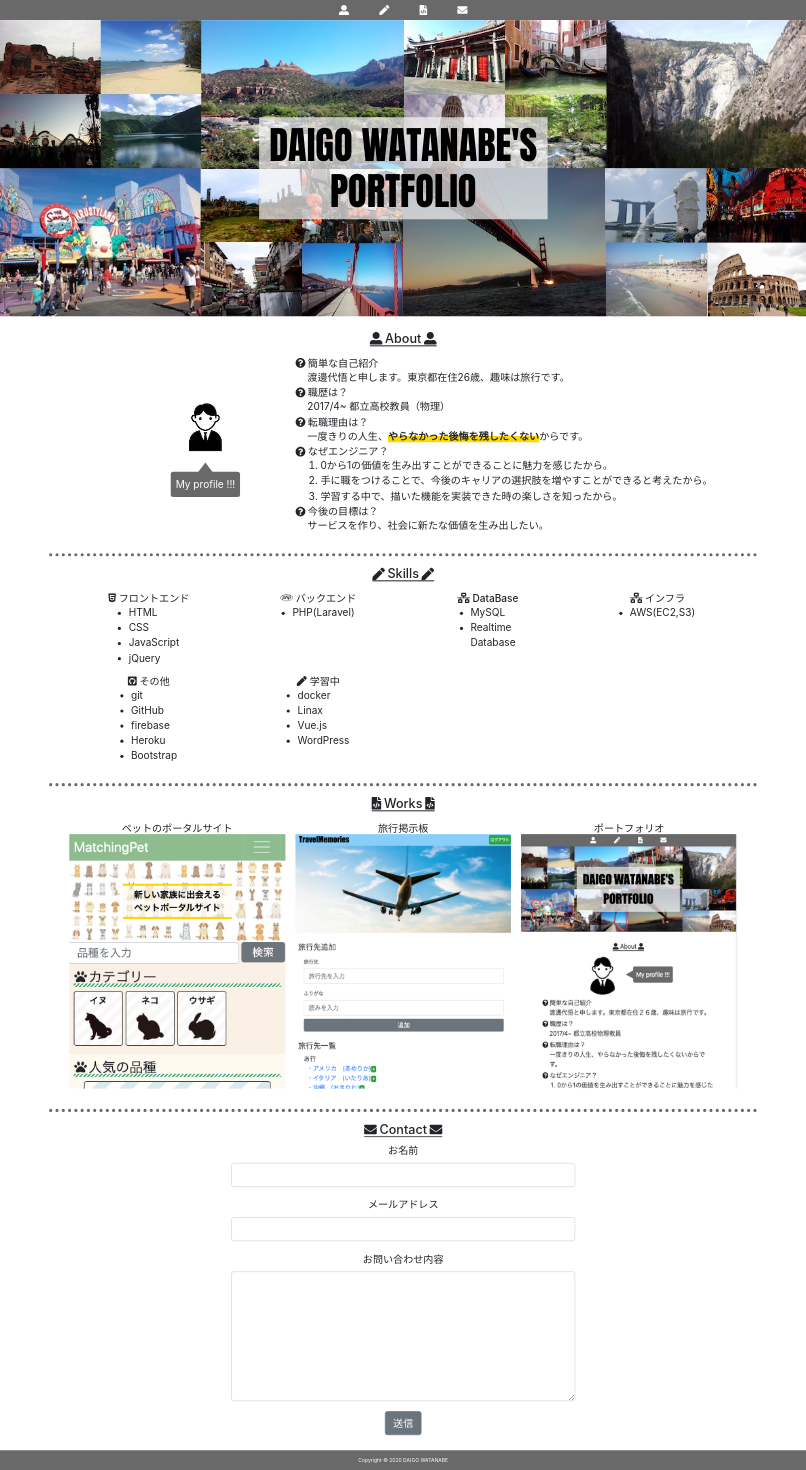
Repository: watanabedaigo/Portfolio
Page: public/index.html
The author's editor kept a record of every edit. The page is drawn from the files as they stood at one moment, then again after the next edit.
The browser window is 1280 px wide. The pictures show the whole page, at 63% of full size.
Some web libraries are served in a nearby version.

Above is the page before.

After the next edit:
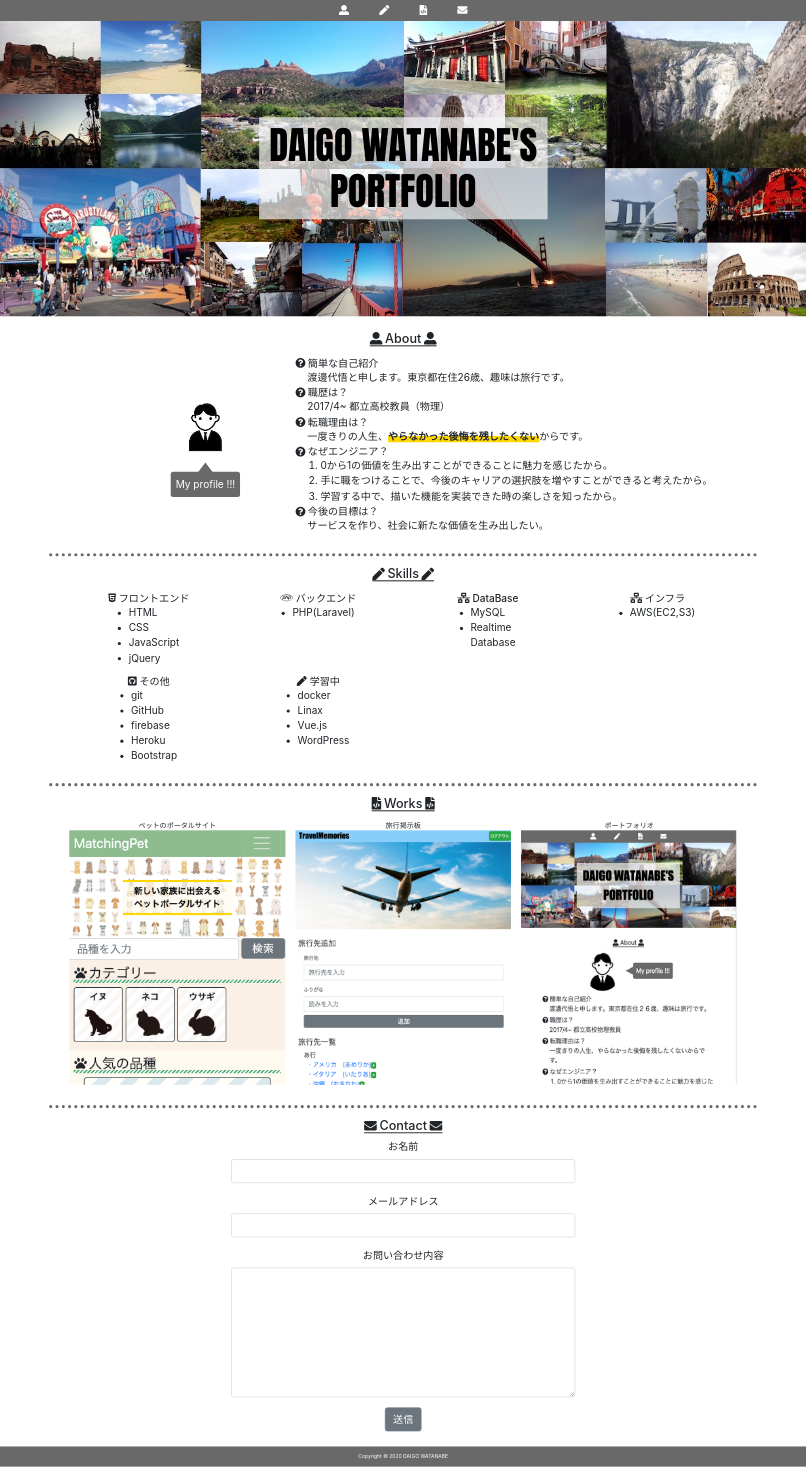
The edit:
--- a/public/css/main.css
+++ b/public/css/main.css
@@ -101,6 +101,10 @@
     height:100%;
 }
 
+.work {
+    font-size:.7rem;
+}
+
 .modal-footer {
     border-top:none!important;
     justify-content: center!important;
